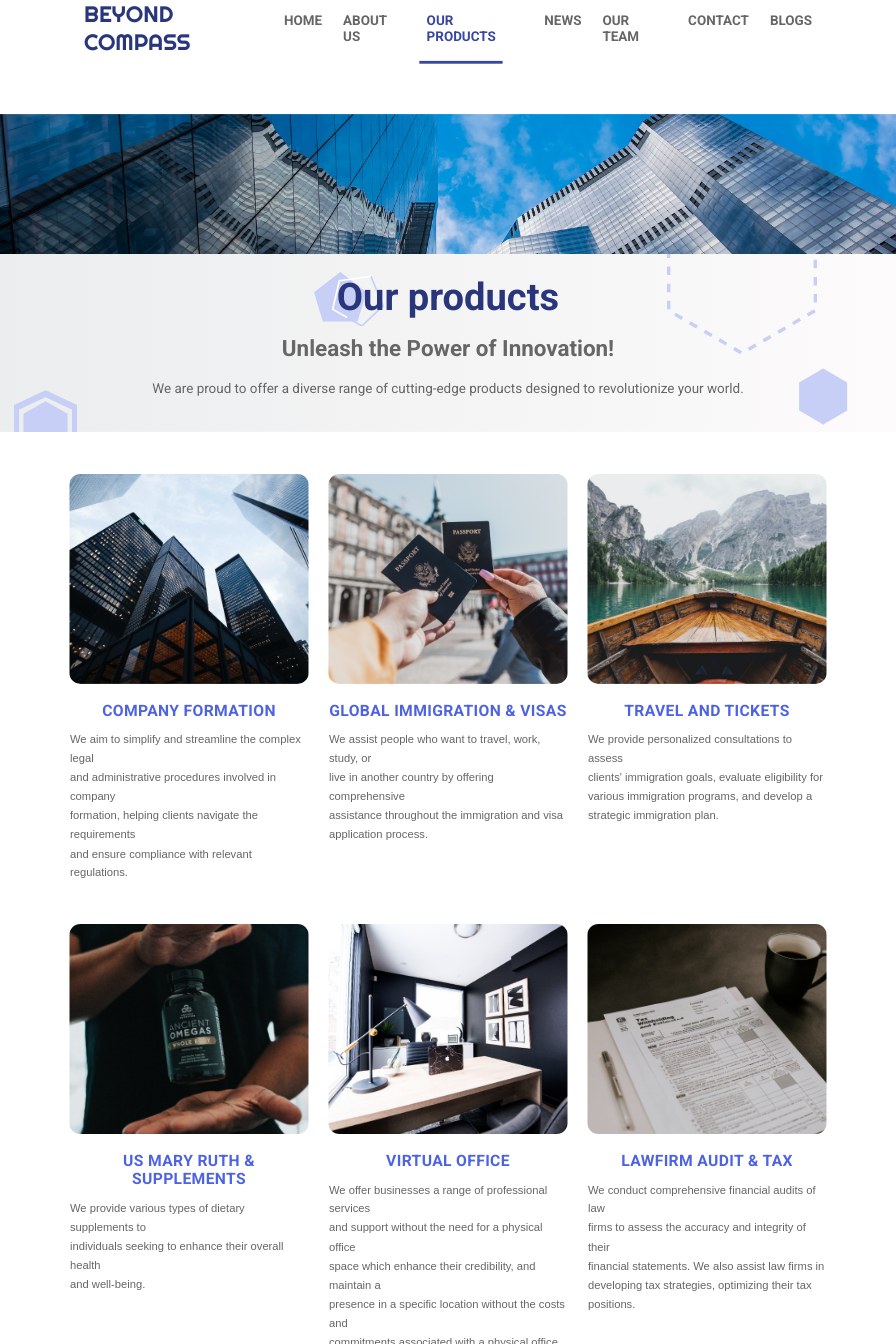
Repository: trunghau06/baitapRn
Page: pages/product.html
The author's editor kept a copy of each file at every save. The page is drawn from the files as they stood at one save, then again after the next save.
The browser window is 1280 px wide. The pictures show the part of the page from y = 0 to 1920 px (the page is 3334 px tall before and 3271 px after), at 70% of full size.

Above is the page before, as saved 2025-10-09 23:34:54.

After the next save:
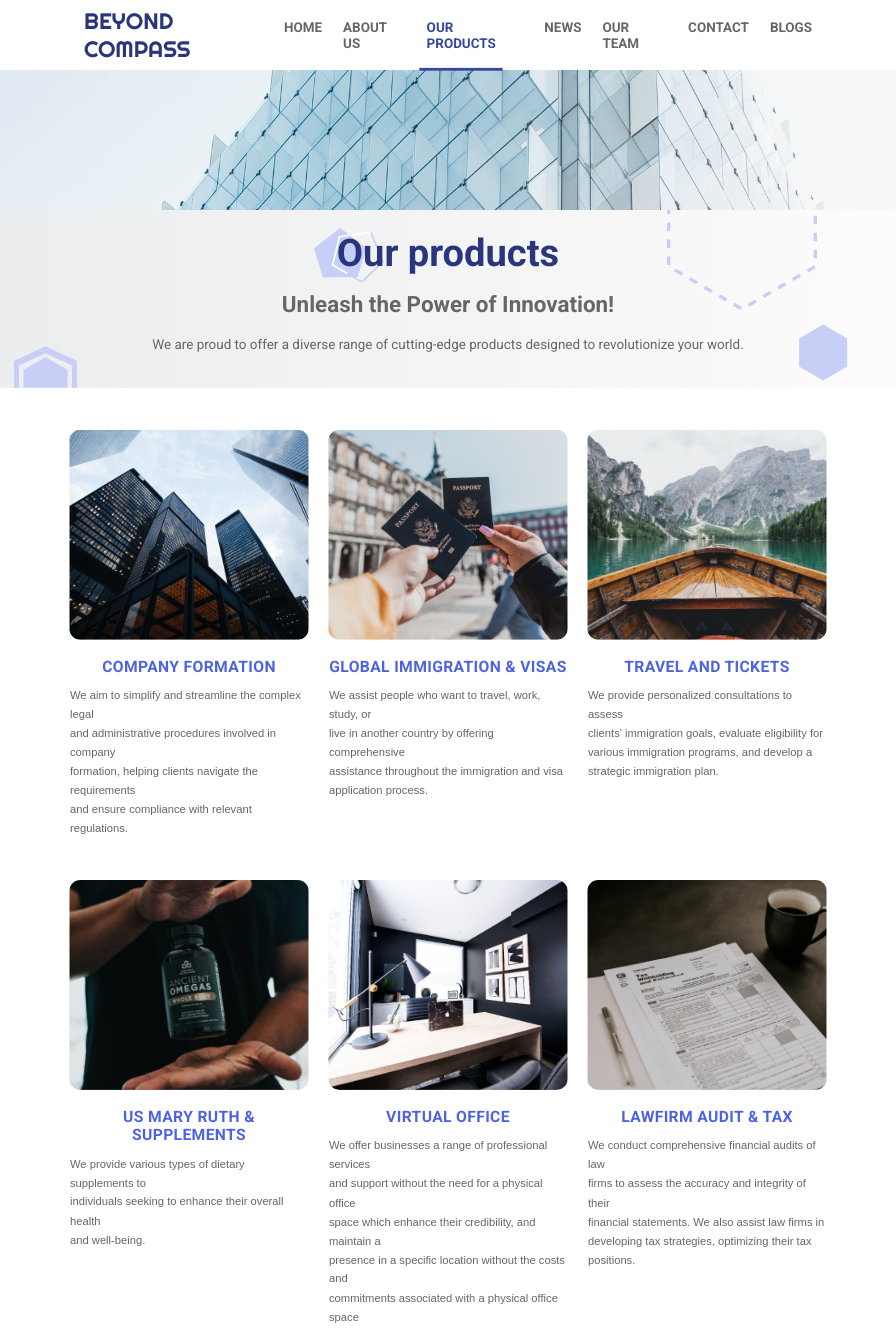
Saved 71 s later.
--- a/style/product.css
+++ b/style/product.css
@@ -8,7 +8,6 @@
 
 body {
     font-family: Arial, sans-serif;
-    padding-top: 80px;
 }
 
 /* Header */
@@ -22,7 +21,7 @@ body {
     display: flex;
     justify-content: space-between;
     align-items: center;
-    height: 80px;
+    height: 100px;
     background-color: white;
     z-index: 1000;
 }
@@ -76,10 +75,10 @@ nav ul li a.active::after {
 
 /* Banner */
 .header-banner {
-    margin-top: 83px;
+    margin-top: 100px;
     width: 100%;
     height: 200px;
-    background-image: url('../Images/anhHeader_3.png');
+    background-image: url('../Images/anhHeader_7.jpg');
     background-size: cover;
     background-position: center;
 }
